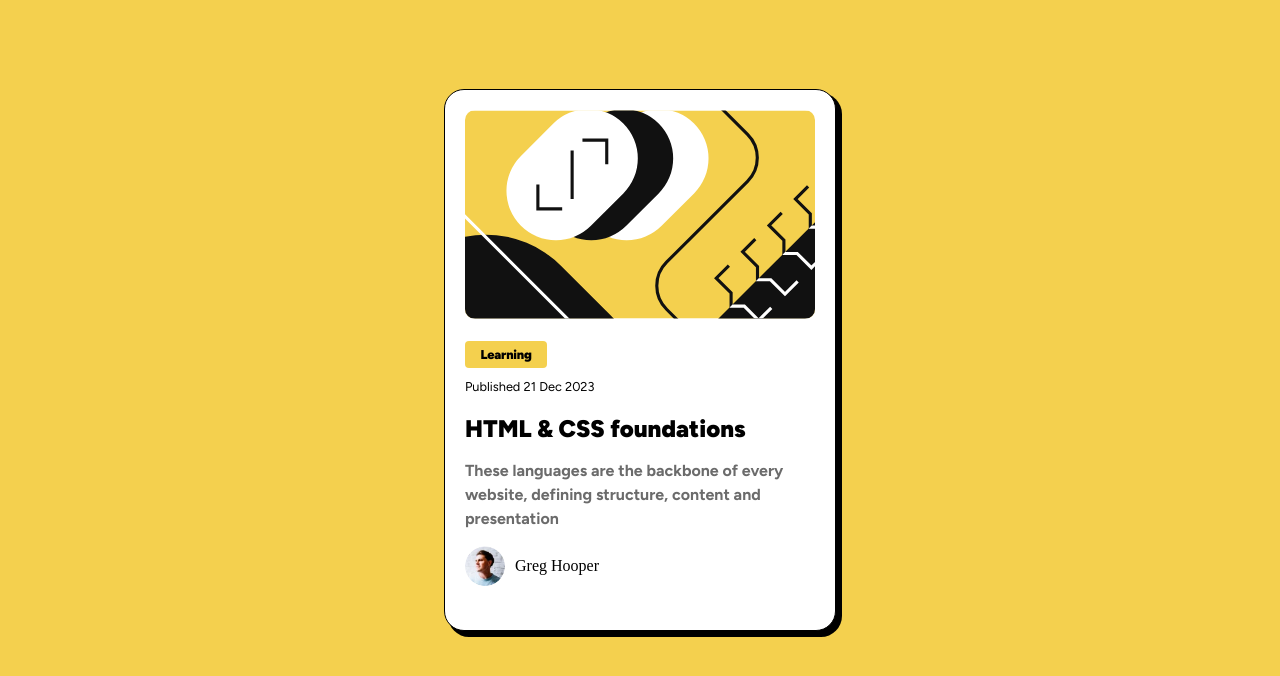
Repository: brandontaylor1/blogpreviewcard
Page: index.html
An editor plug-in stored every save of this project. The page is shown before and after a run of saves, followed by the edit.
The browser window is 1280 px wide. The pictures show the whole page.

Above is the page before, as saved 2024-12-25 12:22:40.

### index.html
<!DOCTYPE html>
<html lang="en">
<head>
    <meta charset="UTF-8">
    <meta name="viewport" content="width=device-width, initial-scale=1.0">
    <link rel="preconnect" href="https://fonts.googleapis.com">
    <link rel="preconnect" href="https://fonts.gstatic.com" crossorigin>
    <link href="https://fonts.googleapis.com/css2?family=Figtree:ital,wght@0,300..900;1,300..900&display=swap" rel="stylesheet">
    <link rel="stylesheet" href="./index.css">
    <title>HTML & CSS Foundations</title>
</head>
<body>
    <main class="container">
        <div class="img-container">
            <img src="./images/illustration-article.svg" class="heading-img" alt="">
        </div>
        <div class="card-content">
            <p id="learning-tag">Learning</p>
            <div class="card-content-text">
                <p>Published 21 Dec 2023</p>
                <h2>HTML & CSS foundations</h2>
                <h3>These languages are the backbone of every website, defining structure, content and presentation</h3>
            </div>
        </div>
        <div class="user-footer">
            <img src="./images/image-avatar.webp" alt="person-image">
            <p>Greg Hooper</p>
        </div>
    </main>

    <script src="index.js"></script>
</body>
</html>

### index.css
:root {
    /* COLORS */
    --primary-yellow: hsl(47, 88%, 63%);
    --primary-white: hsl(0, 0%, 100%);
    --primary-gray-reg: hsl(0, 0%, 42%);
    --primary-gray-bold: hsl(0, 0%, 7%);

    --main-font-size: 16px;

    --main-font-url: "Figtree", sans-serif;
    --main-font-weight-reg: 500;
    --main-font-weight-bold: 900;
}

/* @font-face {
    font-family: 'Figtree-SemiBold';
    src: var(--main-font-url);
    font-weight: var(--main-font-weight-reg);
}

@font-face {
    font-family: 'Figtree-ExtraBold';
    src: var(--main-font-bold-url);
    font-weight: var(--main-font-weight-bold);
}  */


body {
    box-sizing: border-box;
    margin: 0;
    padding: 0;
    height: 100vh;
    display: flex;
    align-items: center;
    justify-content: center;
    background-color: var(--primary-yellow);
}

.container {
    width: 350px;
    height: 500px;
    margin: 0 auto;
    padding: 0 20px;
    background-color: var(--primary-white);
    width: 350px;
    padding: 20px;
    border-radius: 20px;
    border: 1px solid black;
    box-shadow: 5px 5px 0 1px rgba(0, 0, 0, 1);
    transition: all 0.3s ease;
}

.container:hover {
    box-shadow: 0 0 0 0 rgba(0, 0, 0, 0.5);
    height: 495px;
    width: 345px;
    border: .25px solid black;
}

.heading-img {
    width: 100%;
    margin-bottom: 5px;
    border-radius: 10px;
}

.card-content {
    width: 100%;
    display: flex;
    flex-direction: column;
    align-items: left;
    justify-content: space-between;
}

#learning-tag {
    background-color: var(--primary-yellow);
    padding: 6px 1px;
    border-radius: 4px;
    font-family: var(--main-font-url);
    font-weight: var(--main-font-weight-bold);
    font-size: .8rem;
    width: 80px;
    text-align: center;
    letter-spacing: -.25px;

}

.card-content-text {
    margin-top: -15px;
    font-size: .8rem;
    font-family: var(--main-font-url);
}

.card-content-text h2 {
    font-size: 1.5rem;
    font-family: var(--main-font-bold-url);
    font-weight: var(--main-font-weight-bold);
    margin-bottom: 10px;
    transition: color 0.3s ease;
}

.card-content-text h2:hover {
    color: var(--primary-yellow)

}

.card-content-text h3 {
    font-size: 1rem;
    font-family: var(--main-font-url);
    line-height: 1.5;
    margin-bottom: 10px;
    color: var(--primary-gray-reg);
}

.user-footer {
    display: flex;
    align-items: center;

}

.user-footer img {
    width: 40px;
    height: 40px;
    border-radius: 50%;
    margin-right: 10px;
}

Loaded but not shown: index.js (no stored copy; drawn as an empty file)

After the next 2 saves:
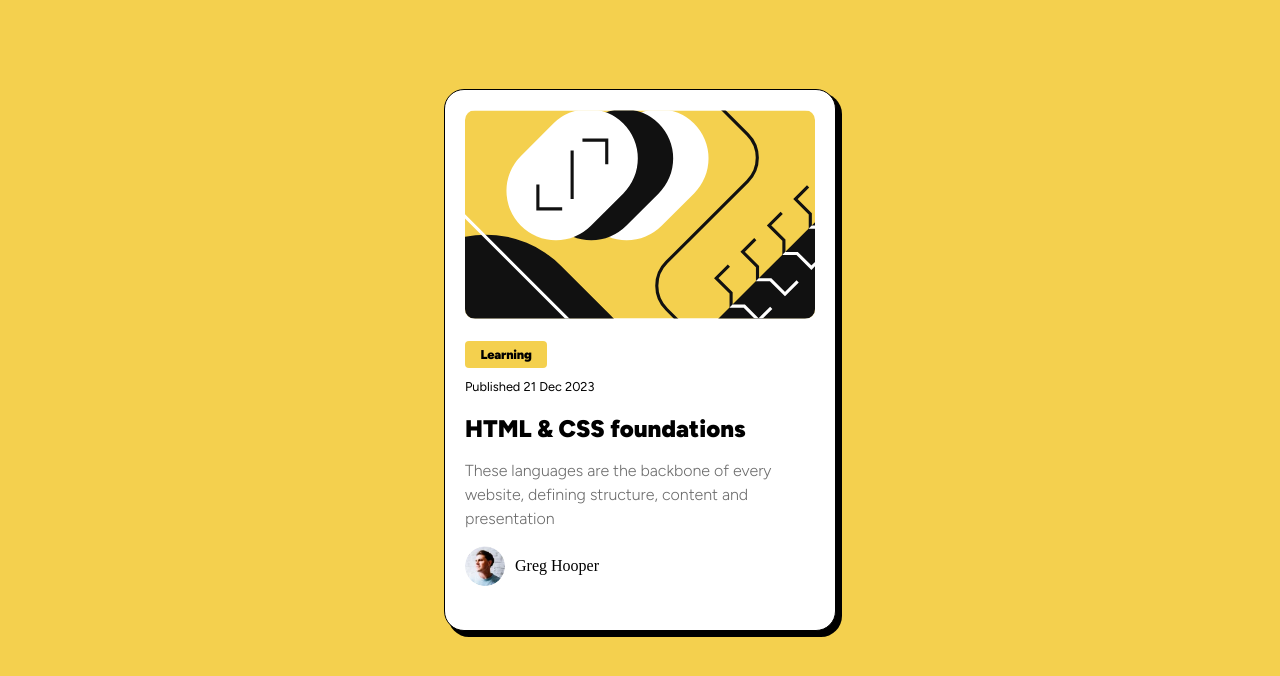
The 2 saves are shown as one change because they came seconds apart.
The last was saved 40 s later.
--- a/index.css
+++ b/index.css
@@ -106,6 +106,7 @@ body {
 .card-content-text h3 {
     font-size: 1rem;
     font-family: var(--main-font-url);
+    font-weight: 100;
     line-height: 1.5;
     margin-bottom: 10px;
     color: var(--primary-gray-reg);
